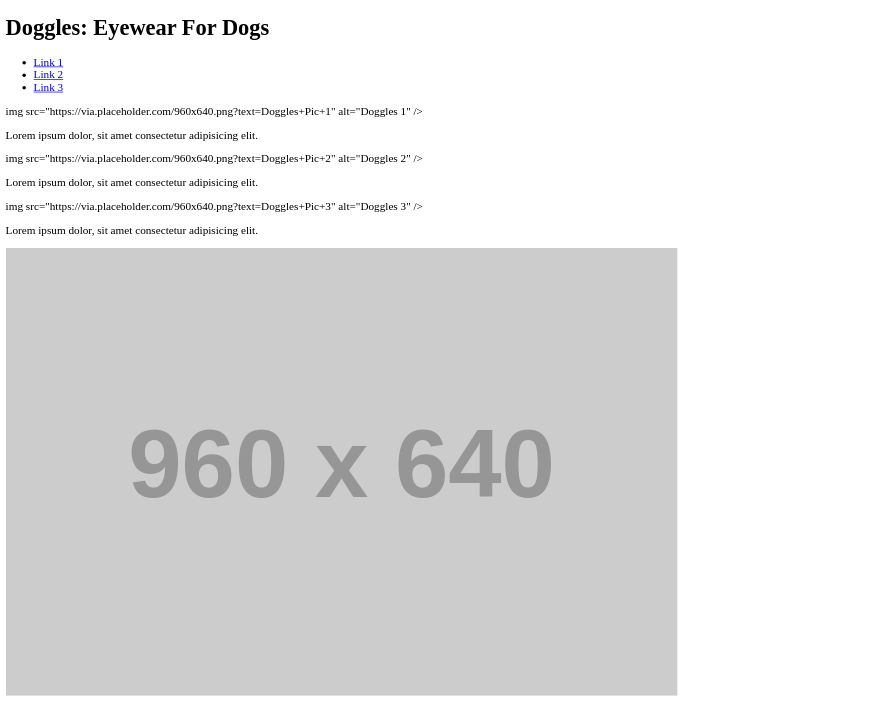
Repository: jamessearle71/wireframe-demo
Page: Wireframe/index.html
An editor plug-in stored every save of this project. The page is shown before and after the next save, followed by the edit.
The browser window is 1280 px wide. The pictures show the part of the page from y = 0 to 1920 px (the page is 1006 px tall before and 2910 px after), at 70% of full size.

Above is the page before, as saved 2023-03-21 16:02:12.

After the next save:
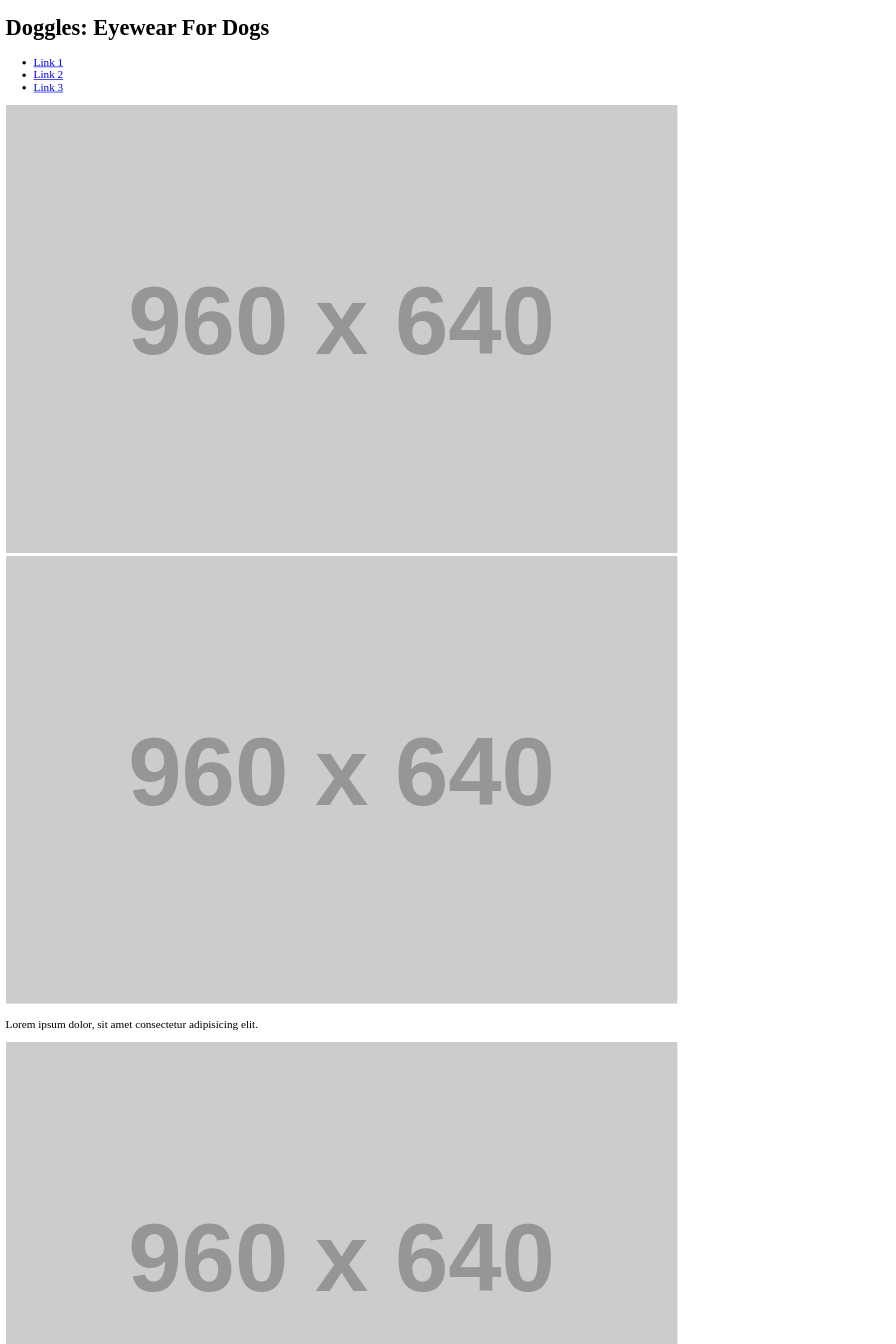
Saved 3 min 11 s later.
--- a/Wireframe/index.html
+++ b/Wireframe/index.html
@@ -18,24 +18,23 @@
         </nav>
     </header>
     <main>
+        <img src="https://via.placeholder.com/960x640.png?text=Doggles:+Eyewear+For+Dogs" alt="Doggles eyewear dogs shop store" />
+    </main>
+    <body>
         <section>
-            img src="https://via.placeholder.com/960x640.png?text=Doggles+Pic+1" alt="Doggles 1" />
+            <img src="https://via.placeholder.com/960x640.png?text=Doggles+Pic+1" alt="Doggles 1" />
             <p>Lorem ipsum dolor, sit amet consectetur adipisicing elit.</p>
         </section>
         <section>
-            img src="https://via.placeholder.com/960x640.png?text=Doggles+Pic+2" alt="Doggles 2" />
+            <img src="https://via.placeholder.com/960x640.png?text=Doggles+Pic+2" alt="Doggles 2" />
             <p>Lorem ipsum dolor, sit amet consectetur adipisicing elit.</p>
         </section>
         <section>
-            img src="https://via.placeholder.com/960x640.png?text=Doggles+Pic+3" alt="Doggles 3" />
+            <img src="https://via.placeholder.com/960x640.png?text=Doggles+Pic+3" alt="Doggles 3" />
             <p>Lorem ipsum dolor, sit amet consectetur adipisicing elit.</p>
         </section>
-        <img src="https://via.placeholder.com/960x640.png?text=Doggles:+Eyewear+For+Dogs" alt="Doggles eyewear dogs shop store" />
-    </main>
+    </body>
     <footers>
-
+<p> Website by James Searle </p>
     </footers>
-
-
-</body>
 </html>
